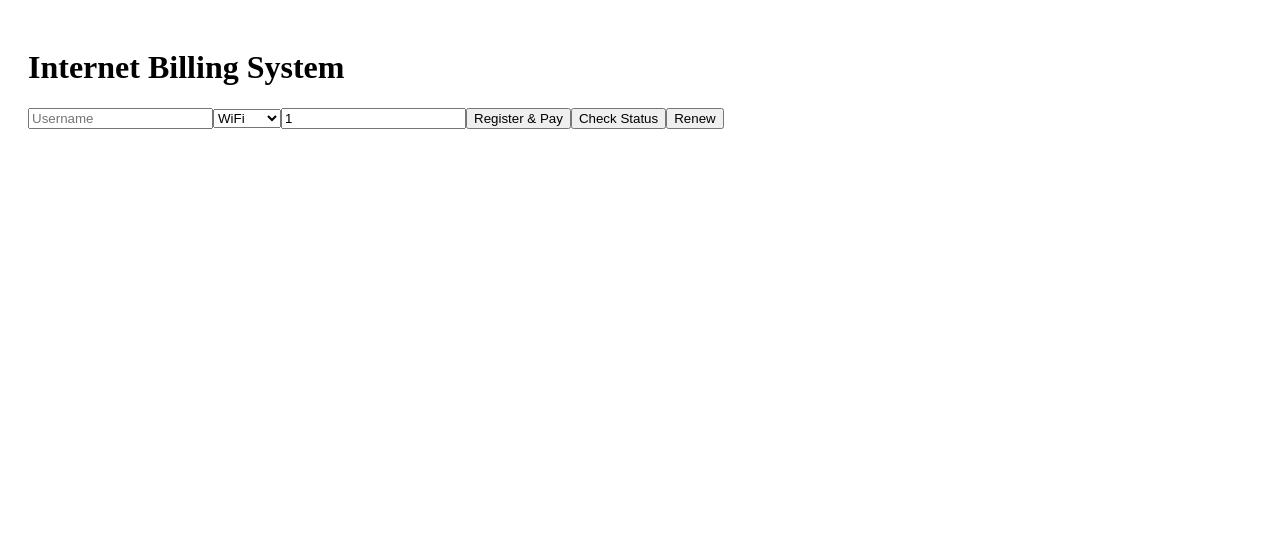
Repository: rachel648/system_Bill
Page: / (app in client/)
An editor plug-in stored every save of this project. The page is shown before and after the next save, followed by the edit.
The browser window is 1280 px wide. The pictures show the whole page.
The project was rebuilt for these pictures with package versions that can differ from the ones it lists, and the page was loaded fresh each time.

Above is the page before, as saved 2025-05-11 00:15:01.

### client/public/index.html
<!DOCTYPE html>
<html lang="en">
  <head>
    <meta charset="UTF-8" />
    <meta name="viewport" content="width=device-width, initial-scale=1.0"/>
    <title>Internet Billing System</title>
  </head>
  <body>
    <div id="root"></div>
  </body>
</html>

### client/src/App.js
import React from 'react';
import ServiceForm from './components/ServiceForm';

const App = () => {
  return (
    <div style={{ padding: '20px' }}>
      <h1>Internet Billing System</h1>
      <ServiceForm />
    </div>
  );
};

export default App;

### client/src/components/ServiceForm.js
import React, { useState } from 'react';
import axios from 'axios';

const ServiceForm = () => {
  const [username, setUsername] = useState('');
  const [serviceType, setServiceType] = useState('wifi');
  const [duration, setDuration] = useState(1);
  const [status, setStatus] = useState('');

  const handleRegister = async () => {
    try {
      const res = await axios.post('http://localhost:5000/api/users/register', {
        username,
        serviceType,
        duration
      });
      setStatus(res.data.message);
    } catch (err) {
      setStatus('Registration failed');
    }
  };

  const handleCheck = async () => {
    try {
      const res = await axios.get(`http://localhost:5000/api/users/status/${username}`);
      setStatus(`Active: ${res.data.active}, Ends: ${new Date(res.data.endTime).toLocaleString()}`);
    } catch (err) {
      setStatus('User not found');
    }
  };

  const handleRenew = async () => {
    try {
      const res = await axios.post(`http://localhost:5000/api/users/renew`, {
        username,
        duration
      });
      setStatus(res.data.message);
    } catch (err) {
      setStatus('Renewal failed');
    }
  };

  return (
    <div>
      <input placeholder="Username" value={username} onChange={e => setUsername(e.target.value)} />
      <select value={serviceType} onChange={e => setServiceType(e.target.value)}>
        <option value="wifi">WiFi</option>
        <option value="hotspot">Hotspot</option>
      </select>
      <input
        type="number"
        placeholder="Duration (hours for hotspot)"
        value={duration}
        onChange={e => setDuration(e.target.value)}
      />
      <button onClick={handleRegister}>Register & Pay</button>
      <button onClick={handleCheck}>Check Status</button>
      <button onClick={handleRenew}>Renew</button>
      <p>{status}</p>
    </div>
  );
};

export default ServiceForm;

Loaded but not shown: client/src/index.js (common file)

After the next save:
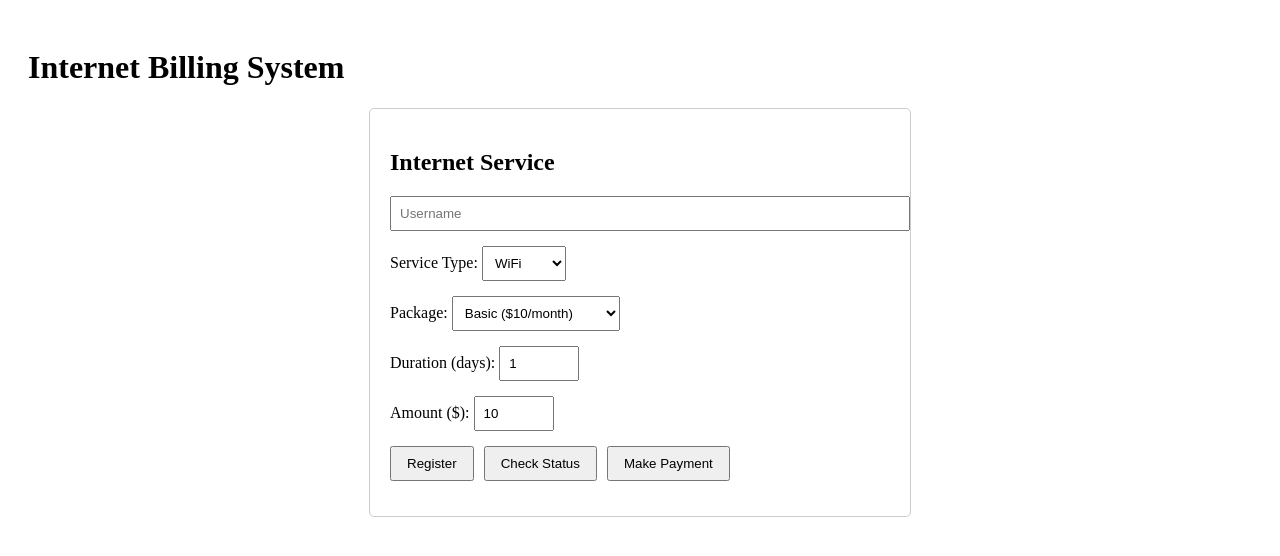
Saved 32 s later.
--- a/client/src/components/ServiceForm.js
+++ b/client/src/components/ServiceForm.js
@@ -4,7 +4,9 @@ import axios from 'axios';
 const ServiceForm = () => {
   const [username, setUsername] = useState('');
   const [serviceType, setServiceType] = useState('wifi');
+  const [packageType, setPackageType] = useState('basic');
   const [duration, setDuration] = useState(1);
+  const [amount, setAmount] = useState(10);
   const [status, setStatus] = useState('');
 
   const handleRegister = async () => {
@@ -12,52 +14,111 @@ const ServiceForm = () => {
       const res = await axios.post('http://localhost:5000/api/users/register', {
         username,
         serviceType,
+        package: packageType,
         duration
       });
-      setStatus(res.data.message);
+      setStatus(`Registration successful! ${res.data.message}`);
     } catch (err) {
-      setStatus('Registration failed');
+      setStatus(err.response?.data?.message || 'Registration failed');
     }
   };
 
   const handleCheck = async () => {
     try {
       const res = await axios.get(`http://localhost:5000/api/users/status/${username}`);
-      setStatus(`Active: ${res.data.active}, Ends: ${new Date(res.data.endTime).toLocaleString()}`);
+      setStatus(`Status: ${res.data.active ? 'Active' : 'Inactive'}, Ends: ${new Date(res.data.endTime).toLocaleString()}`);
     } catch (err) {
-      setStatus('User not found');
+      setStatus(err.response?.data?.message || 'User not found');
     }
   };
 
-  const handleRenew = async () => {
+  const handlePay = async () => {
     try {
-      const res = await axios.post(`http://localhost:5000/api/users/renew`, {
+      const res = await axios.post('http://localhost:5000/api/users/pay', {
         username,
+        amount,
         duration
       });
-      setStatus(res.data.message);
+      setStatus(`Payment successful! ${res.data.message}`);
     } catch (err) {
-      setStatus('Renewal failed');
+      setStatus(err.response?.data?.message || 'Payment failed');
     }
   };
 
   return (
-    <div>
-      <input placeholder="Username" value={username} onChange={e => setUsername(e.target.value)} />
-      <select value={serviceType} onChange={e => setServiceType(e.target.value)}>
-        <option value="wifi">WiFi</option>
-        <option value="hotspot">Hotspot</option>
-      </select>
-      <input
-        type="number"
-        placeholder="Duration (hours for hotspot)"
-        value={duration}
-        onChange={e => setDuration(e.target.value)}
-      />
-      <button onClick={handleRegister}>Register & Pay</button>
-      <button onClick={handleCheck}>Check Status</button>
-      <button onClick={handleRenew}>Renew</button>
-      <p>{status}</p>
+    <div style={{ maxWidth: '500px', margin: '0 auto', padding: '20px', border: '1px solid #ccc', borderRadius: '5px' }}>
+      <h2>Internet Service</h2>
+      <div style={{ marginBottom: '15px' }}>
+        <input
+          placeholder="Username"
+          value={username}
+          onChange={e => setUsername(e.target.value)}
+          style={{ width: '100%', padding: '8px' }}
+        />
+      </div>
+
+      <div style={{ marginBottom: '15px' }}>
+        <label>Service Type: </label>
+        <select
+          value={serviceType}
+          onChange={e => setServiceType(e.target.value)}
+          style={{ padding: '8px' }}
+        >
+          <option value="wifi">WiFi</option>
+          <option value="hotspot">Hotspot</option>
+        </select>
+      </div>
+
+      <div style={{ marginBottom: '15px' }}>
+        <label>Package: </label>
+        <select
+          value={packageType}
+          onChange={e => setPackageType(e.target.value)}
+          style={{ padding: '8px' }}
+        >
+          <option value="basic">Basic ($10/month)</option>
+          <option value="standard">Standard ($20/month)</option>
+          <option value="premium">Premium ($30/month)</option>
+        </select>
+      </div>
+
+      <div style={{ marginBottom: '15px' }}>
+        <label>Duration (days): </label>
+        <input
+          type="number"
+          min="1"
+          value={duration}
+          onChange={e => setDuration(e.target.value)}
+          style={{ padding: '8px', width: '60px' }}
+        />
+      </div>
+
+      <div style={{ marginBottom: '15px' }}>
+        <label>Amount ($): </label>
+        <input
+          type="number"
+          min="1"
+          value={amount}
+          onChange={e => setAmount(e.target.value)}
+          style={{ padding: '8px', width: '60px' }}
+        />
+      </div>
+
+      <div style={{ marginBottom: '15px', display: 'flex', gap: '10px' }}>
+        <button onClick={handleRegister} style={{ padding: '8px 15px' }}>Register</button>
+        <button onClick={handleCheck} style={{ padding: '8px 15px' }}>Check Status</button>
+        <button onClick={handlePay} style={{ padding: '8px 15px' }}>Make Payment</button>
+      </div>
+
+      {status && (
+        <div style={{
+          padding: '10px',
+          backgroundColor: status.includes('failed') ? '#ffebee' : '#e8f5e9',
+          borderRadius: '4px'
+        }}>
+          {status}
+        </div>
+      )}
     </div>
   );
 };
